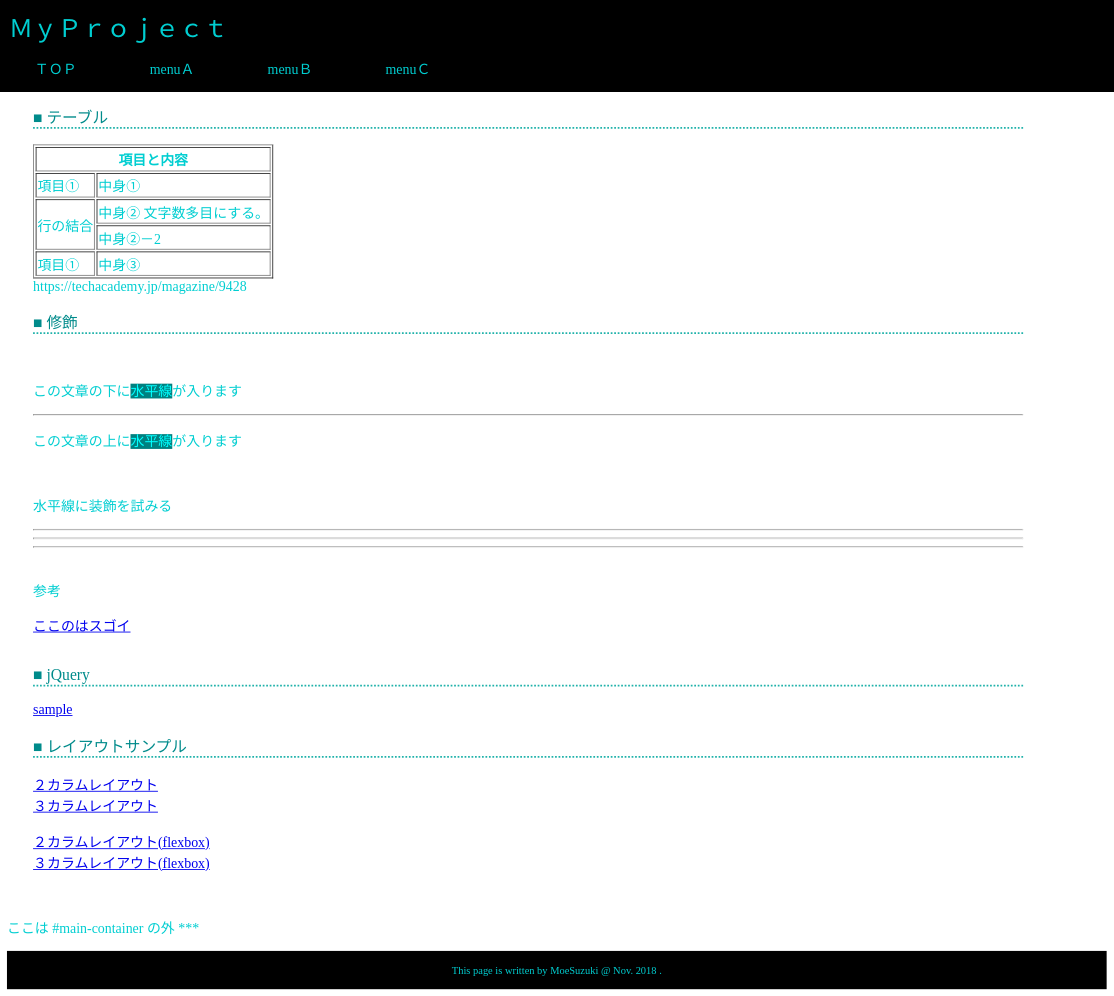
Repository: user10112018/test
Page: http://localhost/MyProject/
These files come from the project's save history. The page is drawn as it stood at one moment and after the next save; the edit follows.
The browser window is 1280 px wide. The pictures show the whole page, at 87% of full size.
The page is served by Tomcat 9.

Above is the page before, as saved 2018-11-22 01:47:52.

After the next save:
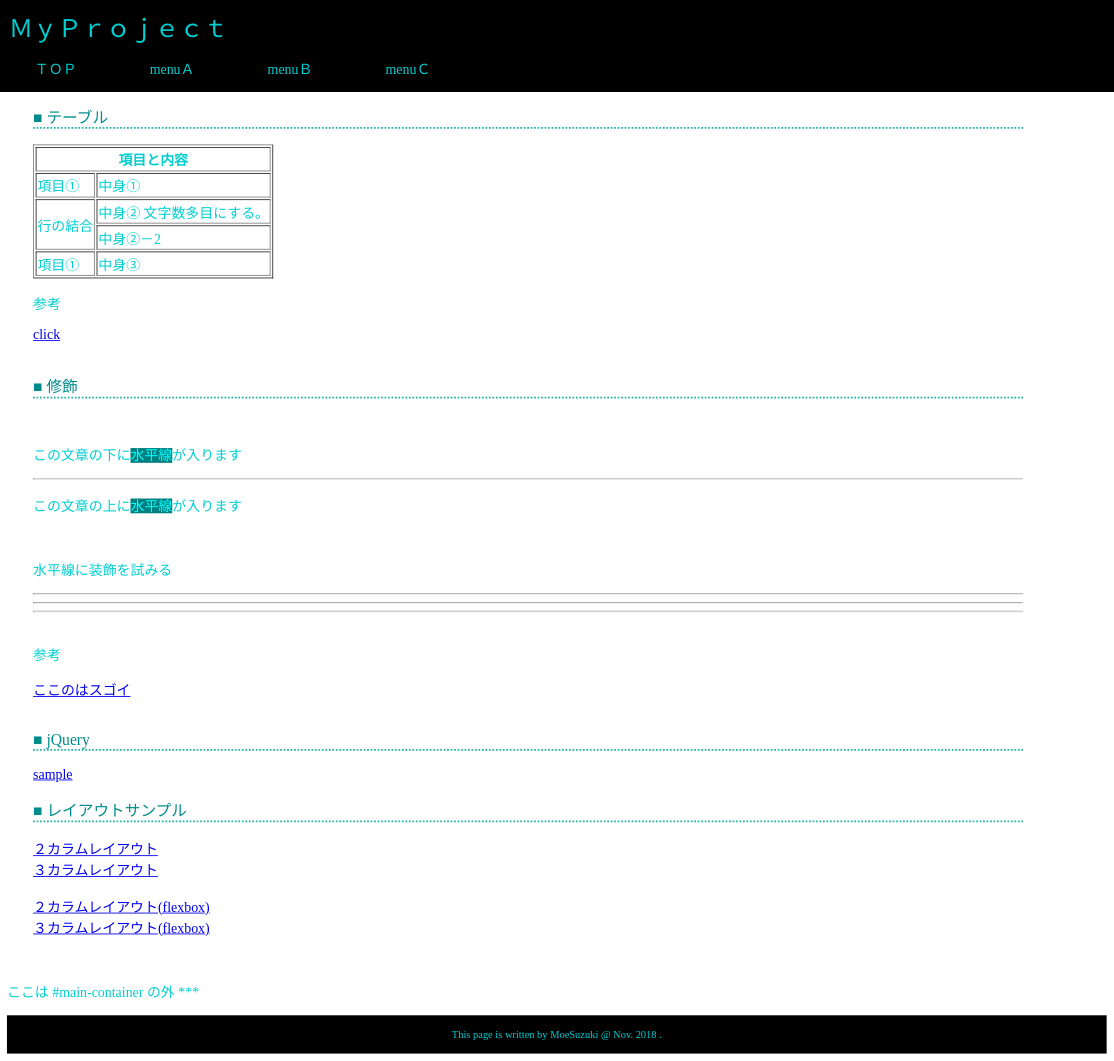
Saved 64 s later.
--- a/MyProject/WebContent/index.jsp
+++ b/MyProject/WebContent/index.jsp
@@ -65,7 +65,9 @@ font-size: 3px;
      <tr><td>中身②－2</td></tr>
      <tr><td>項目①</td><td>中身③</td></tr>
 </table>
-https://techacademy.jp/magazine/9428
+<p class="ref">参考</p>
+<a href="https://techacademy.jp/magazine/9428">click</a>
+<br>
 <br>
 
 <p class="name">■ 修飾</p>
